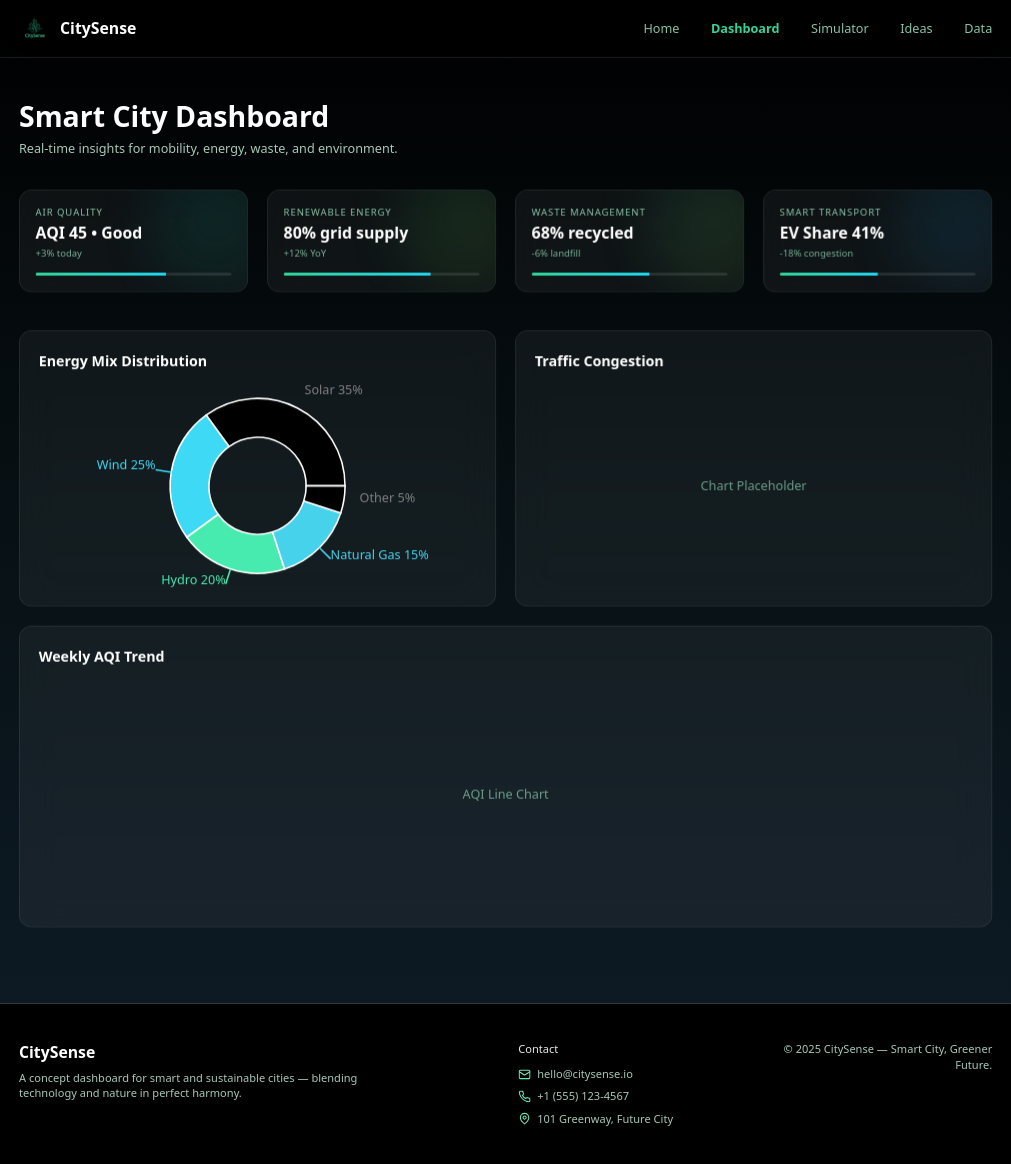
Repository: crashyet/CitySense
Page: /dashboard
The author's editor kept a copy of each file at every save. The page is drawn from the files as they stood at one save, then again after the next save.
The browser window is 1280 px wide. The pictures show the whole page, at 79% of full size.
The project was rebuilt for these pictures with package versions that can differ from the ones it lists, and the page was loaded fresh each time. Also part of the build but not shown: vite.config.js, src/pages/landing/Hero.jsx, src/pages/landing/DashboardPreview.jsx, src/pages/landing/Infographic.jsx, src/pages/landing/Community.jsx, src/pages/landing/index.jsx, src/pages/Simulator/index.jsx, src/pages/Ideas/index.jsx and 1 more.

Above is the page before, as saved 2025-11-16 23:13:32.

### src/App.jsx
import { Routes, Route } from "react-router-dom";

import Landing from "./pages/landing";
import Dashboard from "./pages/Dashboardpack";
import Simulator from "./pages/Simulator";
import Ideas from "./pages/Ideas";
import DataPage from "./pages/Data";

export default function App() {
  return (
    <Routes>
      <Route path="/" element={<Landing />} />
      <Route path="/dashboard" element={<Dashboard />} />
      <Route path="/simulator" element={<Simulator />} />
      <Route path="/ideas" element={<Ideas />} />
      <Route path="/data" element={<DataPage />} />
    </Routes>
  );
}

### src/pages/Dashboardpack/index.jsx
import Navbar from "../../components/Navbar";
import Footer from "../../components/Footer";
import EnergyPieChart from "../../components/EnergyPieChart";

export default function Dashboardpack() {
  return (
    <>
      <Navbar />

      <div className="relative w-full bg-gradient-to-b from-black via-[#071014] to-[#0d1a24] text-white pb-24 pt-32">
        <div className="mx-auto max-w-7xl px-6">

          {/* Header */}
          <div className="mb-10">
            <h1 className="text-3xl md:text-4xl font-semibold">Smart City Dashboard</h1>
            <p className="text-emerald-100/80 mt-2">
              Real-time insights for mobility, energy, waste, and environment.
            </p>
          </div>

          {/* Top Stats */}
          <div className="grid grid-cols-1 md:grid-cols-2 lg:grid-cols-4 gap-6 mb-12">

            {/* CARD 1 */}
            <div className="group relative overflow-hidden rounded-2xl border border-white/10 bg-white/5 p-5 backdrop-blur-xl transition hover:border-emerald-300/40">
              <div className="absolute -right-10 -top-10 h-40 w-40 rounded-full bg-gradient-to-br
              from-cyan-500/30 to-emerald-500/30 opacity-40 blur-2xl" />

              <div className="relative">
                <p className="text-xs uppercase tracking-widest text-emerald-200/80">Air Quality</p>
                <p className="mt-1 text-xl font-semibold">AQI 45 • Good</p>
                <p className="text-xs text-emerald-200/70 mt-1">+3% today</p>
                <div className="mt-4 h-1 w-full bg-white/10 rounded-full overflow-hidden">
                  <div className="h-full w-2/3 bg-gradient-to-r from-emerald-400 to-cyan-400"></div>
                </div>
              </div>
            </div>

            {/* CARD 2 */}
            <div className="group relative overflow-hidden rounded-2xl border border-white/10 bg-white/5 p-5 backdrop-blur-xl transition hover:border-emerald-300/40">
              <div className="absolute -right-10 -top-10 h-40 w-40 rounded-full bg-gradient-to-br
              from-emerald-500/30 to-lime-400/30 opacity-40 blur-2xl" />

              <div className="relative">
                <p className="text-xs uppercase tracking-widest text-emerald-200/80">Renewable Energy</p>
                <p className="mt-1 text-xl font-semibold">80% grid supply</p>
                <p className="text-xs text-emerald-200/70 mt-1">+12% YoY</p>
                <div className="mt-4 h-1 w-full bg-white/10 rounded-full overflow-hidden">
                  <div className="h-full w-3/4 bg-gradient-to-r from-emerald-400 to-cyan-400"></div>
                </div>
              </div>
            </div>

            {/* CARD 3 */}
            <div className="group relative overflow-hidden rounded-2xl border border-white/10 bg-white/5 p-5 backdrop-blur-xl transition hover:border-emerald-300/40">
              <div className="absolute -right-10 -top-10 h-40 w-40 rounded-full bg-gradient-to-br
              from-teal-400/30 to-lime-400/30 opacity-40 blur-2xl" />

              <div className="relative">
                <p className="text-xs uppercase tracking-widest text-emerald-200/80">Waste Management</p>
                <p className="mt-1 text-xl font-semibold">68% recycled</p>
                <p className="text-xs text-emerald-200/70 mt-1">-6% landfill</p>
                <div className="mt-4 h-1 w-full bg-white/10 rounded-full overflow-hidden">
                  <div className="h-full w-3/5 bg-gradient-to-r from-emerald-400 to-cyan-400"></div>
                </div>
              </div>
            </div>

            {/* CARD 4 */}
            <div className="group relative overflow-hidden rounded-2xl border border-white/10 bg-white/5 p-5 backdrop-blur-xl transition hover:border-emerald-300/40">
              <div className="absolute -right-10 -top-10 h-40 w-40 rounded-full bg-gradient-to-br
              from-cyan-500/30 to-blue-500/30 opacity-40 blur-2xl" />

              <div className="relative">
                <p className="text-xs uppercase tracking-widest text-emerald-200/80">Smart Transport</p>
                <p className="mt-1 text-xl font-semibold">EV Share 41%</p>
                <p className="text-xs text-emerald-200/70 mt-1">-18% congestion</p>
                <div className="mt-4 h-1 w-full bg-white/10 rounded-full overflow-hidden">
                  <div className="h-full w-1/2 bg-gradient-to-r from-emerald-400 to-cyan-400"></div>
                </div>
              </div>
            </div>
          </div>

          {/* 2 Column Charts */}
          <div className="grid grid-cols-1 md:grid-cols-2 gap-6">

            {/* ENERGY DISTRIBUTION */}
            <div className="rounded-2xl border border-white/10 bg-white/5 p-6 backdrop-blur-xl md:col-span-1">
              <h3 className="text-lg font-semibold mb-4">Energy Mix Distribution</h3>

              <div className="h-64">
                <EnergyPieChart />
              </div>
            </div>

            {/* TRAFFIC */}
            <div className="rounded-2xl border border-white/10 bg-white/5 p-6 backdrop-blur-xl">
              <h3 className="text-lg font-semibold mb-4">Traffic Congestion</h3>
              <div className="h-64 flex items-center justify-center text-emerald-200/60">
                Chart Placeholder
              </div>
            </div>

            {/* WEEKLY AQI */}
            <div className="rounded-2xl border border-white/10 bg-white/5 p-6 backdrop-blur-xl md:col-span-2">
              <h3 className="text-lg font-semibold mb-4">Weekly AQI Trend</h3>
              <div className="h-72 flex items-center justify-center text-emerald-200/60">
                AQI Line Chart
              </div>
            </div>

          </div>
        </div>
      </div>

      <Footer />
    </>
  );
}

### src/components/Navbar.jsx
import { NavLink } from "react-router-dom";
import { useState } from "react";
import Logo from "../assets/logo.png"; // sesuaikan path logo

export default function Navbar() {
  const [open, setOpen] = useState(false);

  const linkClass = ({ isActive }) =>
    isActive
      ? "text-emerald-400 font-semibold"
      : "text-emerald-200/80 hover:text-white";

  return (
    <header className="fixed w-full z-50 bg-black/40 backdrop-blur-xl border-b border-emerald-400/20 px-6 py-4">
      <div className="max-w-7xl mx-auto flex justify-between items-center">

        {/* LOGO */}
        <NavLink to="/" className="flex items-center gap-3">
          <img src={Logo} className="w-10 h-10" />
          <span className="text-xl text-white font-semibold">CitySense</span>
        </NavLink>

        {/* DESKTOP NAV */}
        <nav className="hidden md:flex gap-10">
          <NavLink to="/" className={linkClass}>Home</NavLink>
          <NavLink to="/dashboard" className={linkClass}>Dashboard</NavLink>
          <NavLink to="/simulator" className={linkClass}>Simulator</NavLink>
          <NavLink to="/ideas" className={linkClass}>Ideas</NavLink>
          <NavLink to="/data" className={linkClass}>Data</NavLink>
        </nav>

        {/* MOBILE BUTTON */}
        <button className="md:hidden text-white" onClick={() => setOpen(!open)}>
          {open ? "✖" : "☰"}
        </button>
      </div>

      {/* MOBILE NAV */}
      {open && (
        <div className="md:hidden bg-black/60 backdrop-blur-lg px-6 pb-4 flex flex-col gap-3">
          <NavLink onClick={() => setOpen(false)} to="/" className="text-white">Home</NavLink>
          <NavLink onClick={() => setOpen(false)} to="/dashboard" className="text-white">Dashboard</NavLink>
          <NavLink onClick={() => setOpen(false)} to="/simulator" className="text-white">Simulator</NavLink>
          <NavLink onClick={() => setOpen(false)} to="/ideas" className="text-white">Ideas</NavLink>
          <NavLink onClick={() => setOpen(false)} to="/data" className="text-white">Data</NavLink>
        </div>
      )}
    </header>
  );
}

### src/components/Footer.jsx
import React from "react";

const Footer = () => {
  return (
    <footer id="contact" className="relative w-full bg-black text-white">
      <div className="mx-auto max-w-7xl px-6 py-12">

        <div className="grid grid-cols-1 gap-8 md:grid-cols-4">

          {/* Brand */}
          <div className="col-span-2">
            <h4 className="text-xl font-semibold">CitySense</h4>
            <p className="mt-2 max-w-md text-sm text-emerald-100/80">
              A concept dashboard for smart and sustainable cities — blending
              technology and nature in perfect harmony.
            </p>
          </div>

          {/* Contact */}
          <div>
            <p className="text-sm font-medium text-white/90">Contact</p>
            <ul className="mt-3 space-y-2 text-sm text-emerald-100/80">

              <li className="flex items-center gap-2">
                <svg xmlns="http://www.w3.org/2000/svg" width="24" height="24"
                  viewBox="0 0 24 24" fill="none" stroke="currentColor"
                  strokeWidth="2" strokeLinecap="round" strokeLinejoin="round"
                  className="lucide lucide-mail h-4 w-4 text-emerald-300">
                  <rect width="20" height="16" x="2" y="4" rx="2"></rect>
                  <path d="m22 7-8.97 5.7a1.94 1.94 0 0 1-2.06
                    0L2 7"></path>
                </svg>
                hello@citysense.io
              </li>

              <li className="flex items-center gap-2">
                <svg xmlns="http://www.w3.org/2000/svg" width="24" height="24"
                  viewBox="0 0 24 24" fill="none" stroke="currentColor"
                  strokeWidth="2" strokeLinecap="round" strokeLinejoin="round"
                  className="lucide lucide-phone h-4 w-4 text-emerald-300">
                  <path d="M22 16.92v3a2 2 0 0 1-2.18
                    2 19.79 19.79 0 0 1-8.63-3.07 19.5
                    19.5 0 0 1-6-6 19.79 19.79 0 0
                    1-3.07-8.67A2 2 0 0 1 4.11 2h3a2
                    2 0 0 1 2 1.72 12.84 12.84 0 0
                    0 .7 2.81 2 2 0 0 1-.45
                    2.11L8.09 9.91a16 16 0 0 0 6
                    6l1.27-1.27a2 2 0 0 1 2.11-.45
                    12.84 12.84 0 0 0 2.81.7A2
                    2 0 0 1 22 16.92z"></path>
                </svg>
                +1 (555) 123-4567
              </li>

              <li className="flex items-center gap-2">
                <svg xmlns="http://www.w3.org/2000/svg" width="24" height="24"
                  viewBox="0 0 24 24" fill="none" stroke="currentColor"
                  strokeWidth="2" strokeLinecap="round" strokeLinejoin="round"
                  className="lucide lucide-map-pin h-4 w-4 text-emerald-300">
                  <path d="M20 10c0 6-8 12-8
                    12s-8-6-8-12a8 8 0 0 1
                    16 0Z"></path>
                  <circle cx="12" cy="10" r="3"></circle>
                </svg>
                101 Greenway, Future City
              </li>

            </ul>
          </div>

          {/* Copyright */}
          <div className="md:text-right">
            <p className="text-sm text-emerald-100/80">
              © 2025 CitySense — Smart City, Greener Future.
            </p>
          </div>

        </div>
      </div>
    </footer>
  );
};

export default Footer;

### src/components/EnergyPieChart.jsx
import { PieChart, Pie, Cell, Tooltip, ResponsiveContainer } from "recharts";
import { color } from "three/tsl";

const data = [
  { name: "Solar", value: 35, colo: "blue" },
  { name: "Wind", value: 25, color: "hsl(189 90% 60%)" },
  { name: "Hydro", value: 20, color: "hsl(158 80% 60%)" },
  { name: "Natural Gas", value: 15, color: "hsl(189 80% 60%)" },
  { name: "Other", value: 5,},
];

export default function EnergyPieChart() {
  return (
    <div className="w-full h-full">
      <ResponsiveContainer width="100%" height="100%">
        <PieChart>
          <Pie
            data={data}
            dataKey="value"
            nameKey="name"
            cx="50%"
            cy="50%"
            innerRadius="50%"
            outerRadius="90%"
            stroke="#fff"
            strokeWidth={2}
            label={({ name, value }) => `${name} ${value}%`}
            labelLine={true}
          >
            {data.map((entry, index) => (
              <Cell key={index} fill={entry.color} />
            ))}
          </Pie>

          <Tooltip
            contentStyle={{
              background: "rgba(255,255,255,0.1)",
              border: "1px solid rgba(255,255,255,0.2)",
              backdropFilter: "blur(10px)",
              color: "#fff",
            }}
          />
        </PieChart>
      </ResponsiveContainer>
    </div>
  );
}

Loaded but not shown: index.html (common file); src/main.jsx (common file); src/index.css (common file); tailwind.config.js (common file)

After the next save:
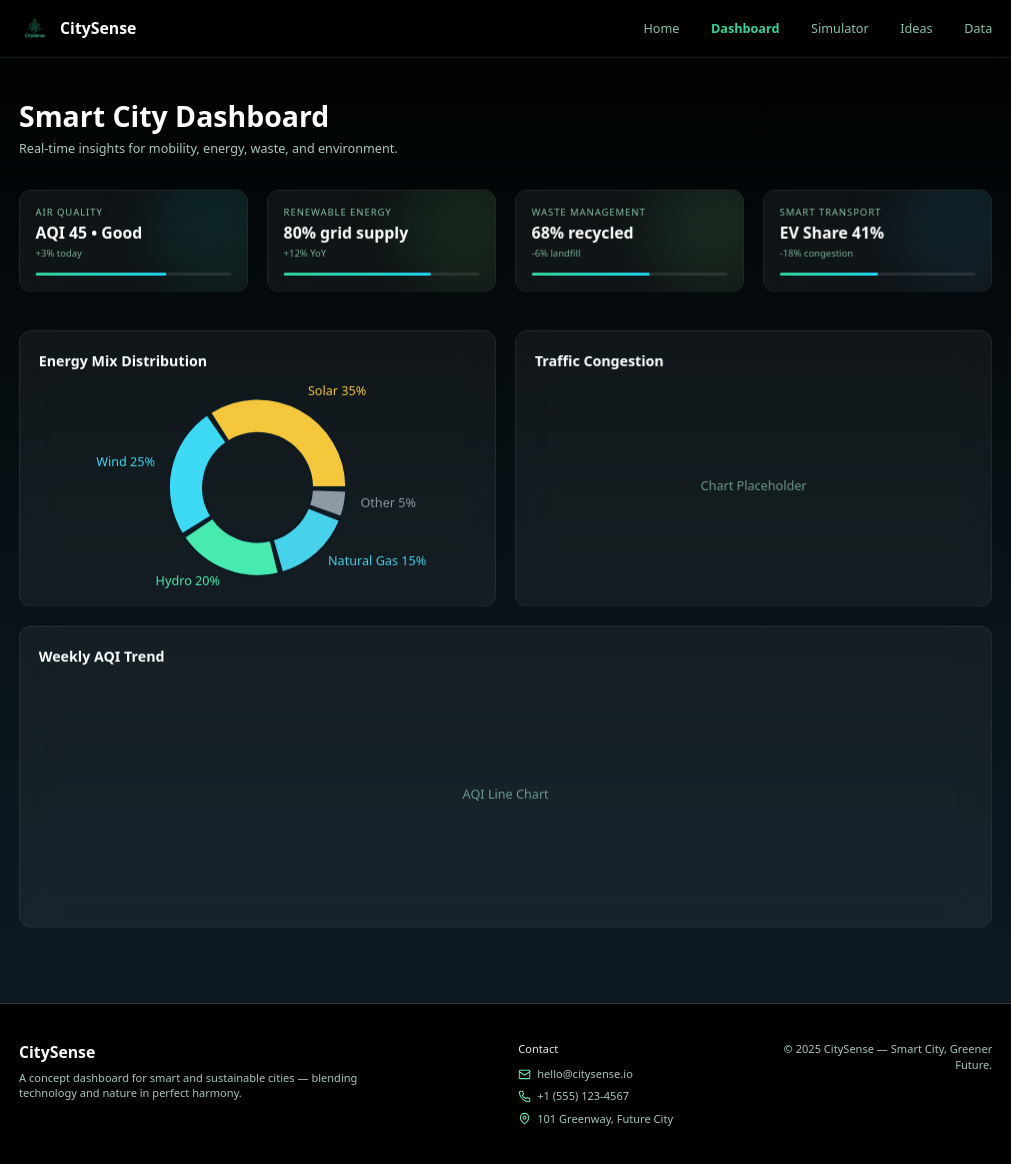
Saved 90 s later.
--- a/src/components/EnergyPieChart.jsx
+++ b/src/components/EnergyPieChart.jsx
@@ -1,17 +1,16 @@
 import { PieChart, Pie, Cell, Tooltip, ResponsiveContainer } from "recharts";
-import { color } from "three/tsl";
 
 const data = [
-  { name: "Solar", value: 35, colo: "blue" },
+  { name: "Solar", value: 35, color: "hsl(45 90% 60%)" },
   { name: "Wind", value: 25, color: "hsl(189 90% 60%)" },
   { name: "Hydro", value: 20, color: "hsl(158 80% 60%)" },
   { name: "Natural Gas", value: 15, color: "hsl(189 80% 60%)" },
-  { name: "Other", value: 5,},
+  { name: "Other", value: 5, color: "hsl(210 10% 60%)" },
 ];
 
 export default function EnergyPieChart() {
   return (
-    <div className="w-full h-full">
+    <div className="w-full h-[260px] flex items-center justify-center">
       <ResponsiveContainer width="100%" height="100%">
         <PieChart>
           <Pie
@@ -20,25 +19,31 @@ export default function EnergyPieChart() {
             nameKey="name"
             cx="50%"
             cy="50%"
-            innerRadius="50%"
+            innerRadius="55%"    // donut effect clean
             outerRadius="90%"
-            stroke="#fff"
-            strokeWidth={2}
+            stroke="#0d1a24"     // darker outline → modern look
+            strokeWidth={3}
+            paddingAngle={2}     // spacing antar sektor (lebih elegan)
             label={({ name, value }) => `${name} ${value}%`}
-            labelLine={true}
+            labelLine={false}    // tanpa garis — lebih bersih
           >
             {data.map((entry, index) => (
               <Cell key={index} fill={entry.color} />
             ))}
           </Pie>
 
+          {/* Tooltip modern dengan glassmorphism */}
           <Tooltip
             contentStyle={{
-              background: "rgba(255,255,255,0.1)",
-              border: "1px solid rgba(255,255,255,0.2)",
-              backdropFilter: "blur(10px)",
+              background: "rgba(0,0,0,0.4)",
+              border: "1px solid rgba(255,255,255,0.15)",
+              backdropFilter: "blur(6px)",
               color: "#fff",
+              borderRadius: "10px",
+              padding: "8px 12px",
+              fontSize: "14px",
             }}
+            itemStyle={{ color: "#fff" }}
           />
         </PieChart>
       </ResponsiveContainer>
